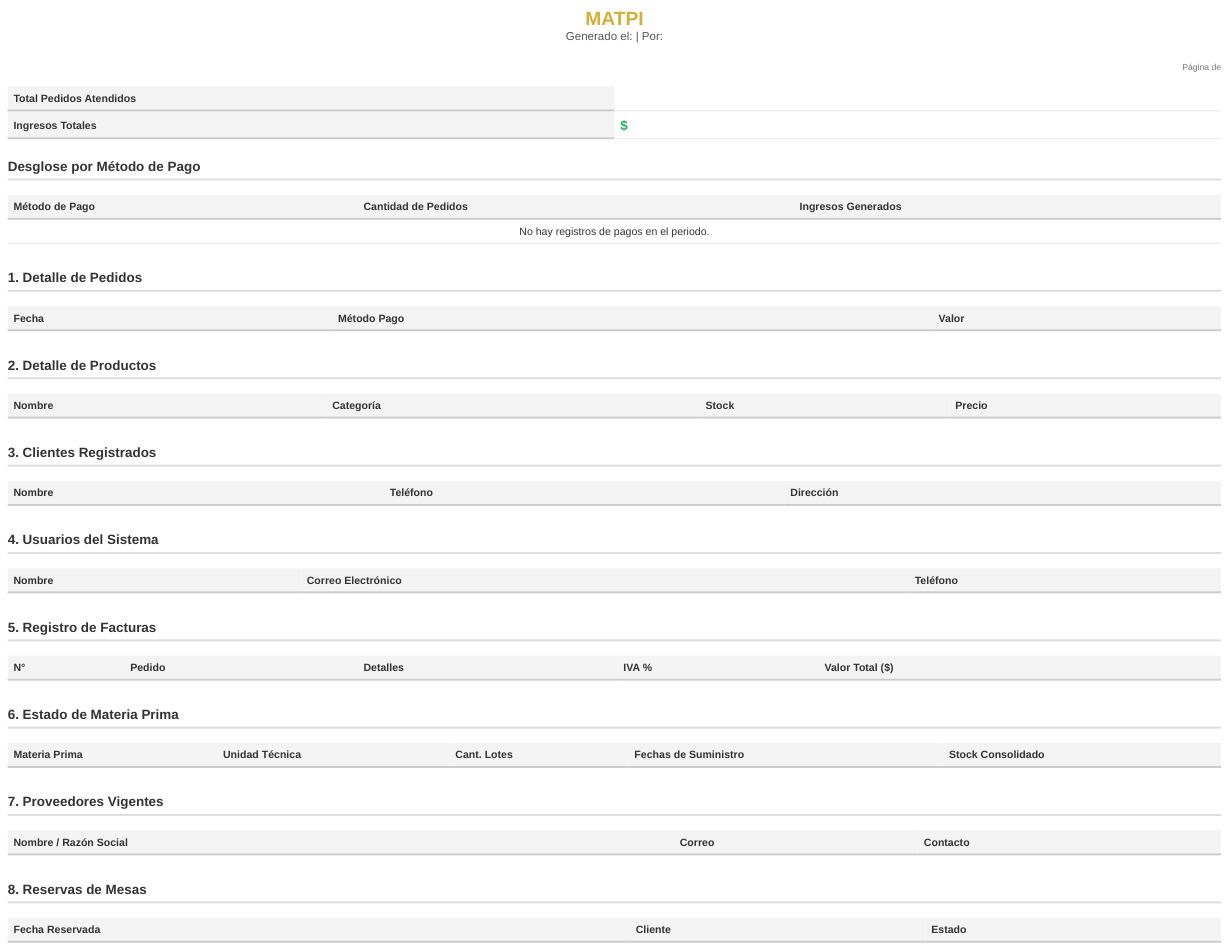
Repository: JuanFelipeNieto/MATPI-Python
Page: MATPI/Usuarios/templates/reportes/pdf_general.html
These files come from the project's save history. The page is drawn as it stood at one moment and after the next save; the edit follows.
The browser window is 1280 px wide. The pictures show the whole page, at 96% of full size.
The template is drawn by Django 4.2. The application's start-up code is not run. Other server files are loaded and not shown. The template is opened directly, without the code that normally fills it, so the values that code supplies are empty.

Above is the page before, as saved 2026-03-25 18:57:53.

### MATPI/Usuarios/templates/reportes/pdf_general.html
{% extends "reportes/base_pdf.html" %}

{% block content %}
<table class="table-data" style="margin-bottom: 20px;">
    <tbody>
        <tr>
            <th style="width: 50%;">Total Pedidos Atendidos</th>
            <td style="width: 50%; font-size: 14px;"><strong>{{ datos_general.total_pedidos }}</strong></td>
        </tr>
        <tr>
            <th style="width: 50%;">Ingresos Totales</th>
            <td style="width: 50%; font-size: 14px; color: #27ae60;"><strong>${{ datos_general.total_ingresos }}</strong></td>
        </tr>
    </tbody>
</table>

<h2 style="font-size: 14px; margin-top: 15px; border-bottom: 2px solid #ddd; padding-bottom: 5px;">Desglose por Método de Pago</h2>
<table class="table-data">
    <thead>
        <tr>
            <th>Método de Pago</th>
            <th class="text-center">Cantidad de Pedidos</th>
            <th class="text-right">Ingresos Generados</th>
        </tr>
    </thead>
    <tbody>
        {% for mp in datos_general.metodos_pago %}
        <tr>
            <td>{{ mp.metodo_pago }}</td>
            <td class="text-center">{{ mp.cantidad }}</td>
            <td class="text-right">${{ mp.total }}</td>
        </tr>
        {% empty %}
        <tr><td colspan="3" class="text-center">No hay registros de pagos en el periodo.</td></tr>
        {% endfor %}
    </tbody>
</table>

<br>
<h2 style="font-size: 14px; margin-top: 15px; border-bottom: 2px solid #ddd; padding-bottom: 5px;">1. Detalle de Pedidos</h2>
<table class="table-data">
    <thead><tr><th>Fecha</th><th>Método Pago</th><th class="text-right">Valor</th></tr></thead>
    <tbody>
        {% for p in datos_general.pedidos %}<tr><td>{{ p.fecha|date:"d/m/Y H:i" }}</td><td>{{ p.metodo_pago }}</td><td class="text-right">${{ p.valor }}</td></tr>{% endfor %}
    </tbody>
</table>

<br>
<h2 style="font-size: 14px; margin-top: 15px; border-bottom: 2px solid #ddd; padding-bottom: 5px;">2. Detalle de Productos</h2>
<table class="table-data">
    <thead><tr><th>Nombre</th><th>Categoría</th><th class="text-right">Stock</th><th class="text-right">Precio</th></tr></thead>
    <tbody>
        {% for p in datos_general.productos %}<tr><td>{{ p.nombre_producto }}</td><td>{{ p.categoria|default:"N/A" }}</td><td class="text-right">{{ p.cantidad }}</td><td class="text-right">${{ p.precio }}</td></tr>{% endfor %}
    </tbody>
</table>

<br>
<h2 style="font-size: 14px; margin-top: 15px; border-bottom: 2px solid #ddd; padding-bottom: 5px;">3. Clientes Registrados</h2>
<table class="table-data">
    <thead><tr><th>Nombre</th><th>Teléfono</th><th>Dirección</th></tr></thead>
    <tbody>
        {% for c in datos_general.clientes %}<tr><td>{{ c.nombre_completo }}</td><td>{{ c.telefono|default:"N/A" }}</td><td>{{ c.direccion|default:"N/A" }}</td></tr>{% endfor %}
    </tbody>
</table>

<br>
<h2 style="font-size: 14px; margin-top: 15px; border-bottom: 2px solid #ddd; padding-bottom: 5px;">4. Usuarios del Sistema</h2>
<table class="table-data">
    <thead><tr><th>Nombre</th><th>Correo Electrónico</th><th>Teléfono</th></tr></thead>
    <tbody>
        {% for u in datos_general.usuarios %}<tr><td>{{ u.nombre_completo }}</td><td>{{ u.correo_electronico }}</td><td>{{ u.telefono }}</td></tr>{% endfor %}
    </tbody>
</table>

<br>
<h2 style="font-size: 14px; margin-top: 15px; border-bottom: 2px solid #ddd; padding-bottom: 5px;">5. Registro de Facturas</h2>
<table class="table-data">
    <thead><tr><th>N°</th><th>Pedido</th><th>Detalles</th><th>IVA %</th><th class="text-right">Valor Total ($)</th></tr></thead>
    <tbody>
        {% for f in datos_general.facturas %}<tr><td style="vertical-align: top;">#{{ f.id }}</td><td style="vertical-align: top;">#{{ f.pedido.numero_orden }}</td><td style="vertical-align: top;"><ul style="margin: 0; padding-left: 15px;">{% for d in f.pedido.detalles.all %}<li>{{ d.cantidad }}x {{ d.producto.nombre_producto }}</li>{% endfor %}</ul></td><td style="vertical-align: top;">{{ f.iva|default:"0" }}%</td><td class="text-right" style="vertical-align: top;">${{ f.valor_total }}</td></tr>{% endfor %}
    </tbody>
</table>

<br>
<h2 style="font-size: 14px; margin-top: 15px; border-bottom: 2px solid #ddd; padding-bottom: 5px;">6. Estado de Materia Prima</h2>
<table class="table-data">
    <thead><tr><th>Materia Prima</th><th>Unidad Técnica</th><th class="text-center">Cant. Lotes</th><th>Fechas de Suministro</th><th class="text-right">Stock Consolidado</th></tr></thead>
    <tbody>
        {% for mp in datos_general.materias %}<tr><td style="vertical-align: top;">{{ mp.nombre_materia_prima }}</td><td style="vertical-align: top;">{{ mp.unidad_medida|default:"Ud" }}</td><td class="text-center" style="vertical-align: top;">{{ mp.lotes.count }}</td><td style="vertical-align: top;"><ul style="margin: 0; padding-left: 15px;">{% for lote in mp.lotes.all %}<li>{{ lote.fecha_ingreso|date:"d/m/Y" }}</li>{% endfor %}</ul></td><td class="text-right" style="vertical-align: top;">{% if mp.is_low_stock %}<strong style="color:red;">{{ mp.stock_total }}</strong>{% else %}{{ mp.stock_total }}{% endif %}</td></tr>{% endfor %}
    </tbody>
</table>

<br>
<h2 style="font-size: 14px; margin-top: 15px; border-bottom: 2px solid #ddd; padding-bottom: 5px;">7. Proveedores Vigentes</h2>
<table class="table-data">
    <thead><tr><th>Nombre / Razón Social</th><th>Correo</th><th class="text-right">Contacto</th></tr></thead>
    <tbody>
        {% for pv in datos_general.proveedores %}<tr><td>{{ pv.nombre_proveedor }}</td><td>{{ pv.correo_electronico|default:"N/A" }}</td><td class="text-right">{{ pv.telefono|default:"N/A" }}</td></tr>{% endfor %}
    </tbody>
</table>

<br>
<h2 style="font-size: 14px; margin-top: 15px; border-bottom: 2px solid #ddd; padding-bottom: 5px;">8. Reservas de Mesas</h2>
<table class="table-data">
    <thead><tr><th>Fecha Reservada</th><th>Cliente</th><th>Estado</th></tr></thead>
    <tbody>
        {% for r in datos_general.reservas %}<tr><td>{{ r.fecha|date:"d/m/Y H:i" }}</td><td>{{ r.cliente.nombre_completo|default:"N/A" }}</td><td>{% if r.estado %}Activa{% else %}Inactiva{% endif %}</td></tr>{% endfor %}
    </tbody>
</table>
{% endblock %}

### MATPI/Usuarios/templates/reportes/base_pdf.html
<!DOCTYPE html>
<html>
<head>
    <meta charset="utf-8">
    <title>{{ titulo }}</title>
    <style>
        @page {
            size: A4 portrait;
            margin-top: 4.5cm;
            margin-bottom: 2cm;
            margin-left: 1.5cm;
            margin-right: 1.5cm;
            @frame header_frame {
                -pdf-frame-content: header_content;
                left: 1.5cm; right: 1.5cm; top: 1cm; height: 3.5cm;
            }
            @frame footer_frame {
                -pdf-frame-content: footer_content;
                left: 1.5cm; right: 1.5cm; bottom: 0.5cm; height: 1cm;
            }
        }
        body {
            font-family: Helvetica, Arial, sans-serif;
            font-size: 11px;
            color: #333;
        }
        .header { text-align: center; margin-bottom: 20px; }
        .title { color: #d4af37; font-size: 20px; font-weight: bold; margin: 0; padding: 0; }
        .subtitle { color: #555; font-size: 12px; margin: 0; padding: 0; }
        .table-data {
            width: 100%;
            border-collapse: collapse;
            margin-top: 15px;
        }
        .table-data th {
            background-color: #f4f4f4;
            border-bottom: 2px solid #ccc;
            padding: 6px;
            text-align: left;
            font-weight: bold;
        }
        .table-data td {
            border-bottom: 1px solid #eaeaea;
            padding: 6px;
            vertical-align: top;
        }
        .text-right { text-align: right; }
        .text-center { text-align: center; }
    </style>
</head>
<body>
    <div id="header_content" class="header">
        <h1 class="title">MATPI</h1>
        <p class="subtitle">{{ titulo }}</p>
        <p class="subtitle">Generado el: {{ fecha|date:"d/m/Y H:i" }} | Por: {{ vendedor }}</p>
    </div>

    <div id="footer_content" class="text-right" style="font-size: 9px; color: #777;">
        Página <pdf:pagenumber> de <pdf:pagecount>
    </div>

    <div>
        {% block content %}{% endblock %}
    </div>
</body>
</html>

After the next save:
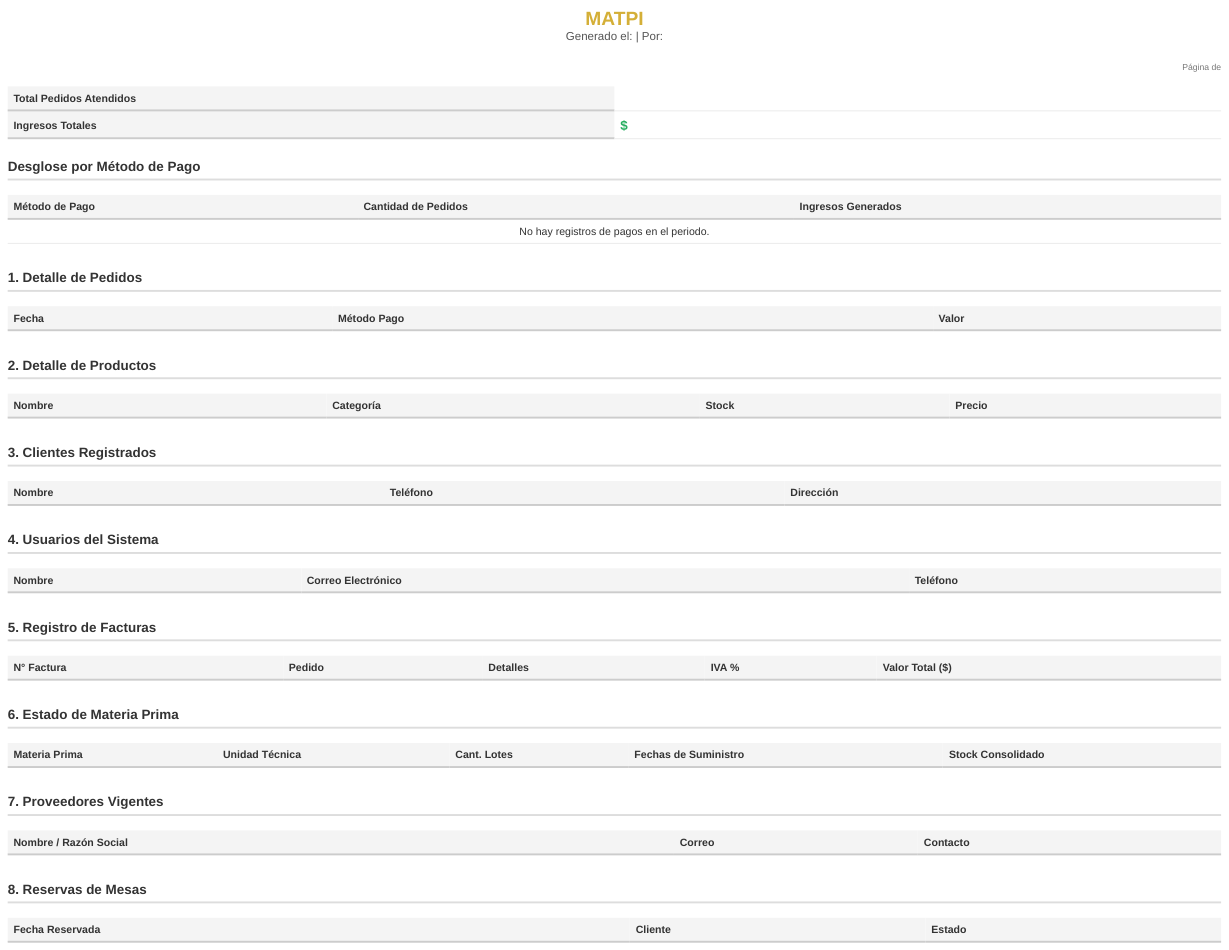
Saved 11 s later.
--- a/MATPI/Usuarios/templates/reportes/pdf_general.html
+++ b/MATPI/Usuarios/templates/reportes/pdf_general.html
@@ -75,7 +75,7 @@
 <br>
 <h2 style="font-size: 14px; margin-top: 15px; border-bottom: 2px solid #ddd; padding-bottom: 5px;">5. Registro de Facturas</h2>
 <table class="table-data">
-    <thead><tr><th>N°</th><th>Pedido</th><th>Detalles</th><th>IVA %</th><th class="text-right">Valor Total ($)</th></tr></thead>
+    <thead><tr><th>N° Factura</th><th>Pedido</th><th>Detalles</th><th>IVA %</th><th class="text-right">Valor Total ($)</th></tr></thead>
     <tbody>
         {% for f in datos_general.facturas %}<tr><td style="vertical-align: top;">#{{ f.id }}</td><td style="vertical-align: top;">#{{ f.pedido.numero_orden }}</td><td style="vertical-align: top;"><ul style="margin: 0; padding-left: 15px;">{% for d in f.pedido.detalles.all %}<li>{{ d.cantidad }}x {{ d.producto.nombre_producto }}</li>{% endfor %}</ul></td><td style="vertical-align: top;">{{ f.iva|default:"0" }}%</td><td class="text-right" style="vertical-align: top;">${{ f.valor_total }}</td></tr>{% endfor %}
     </tbody>
